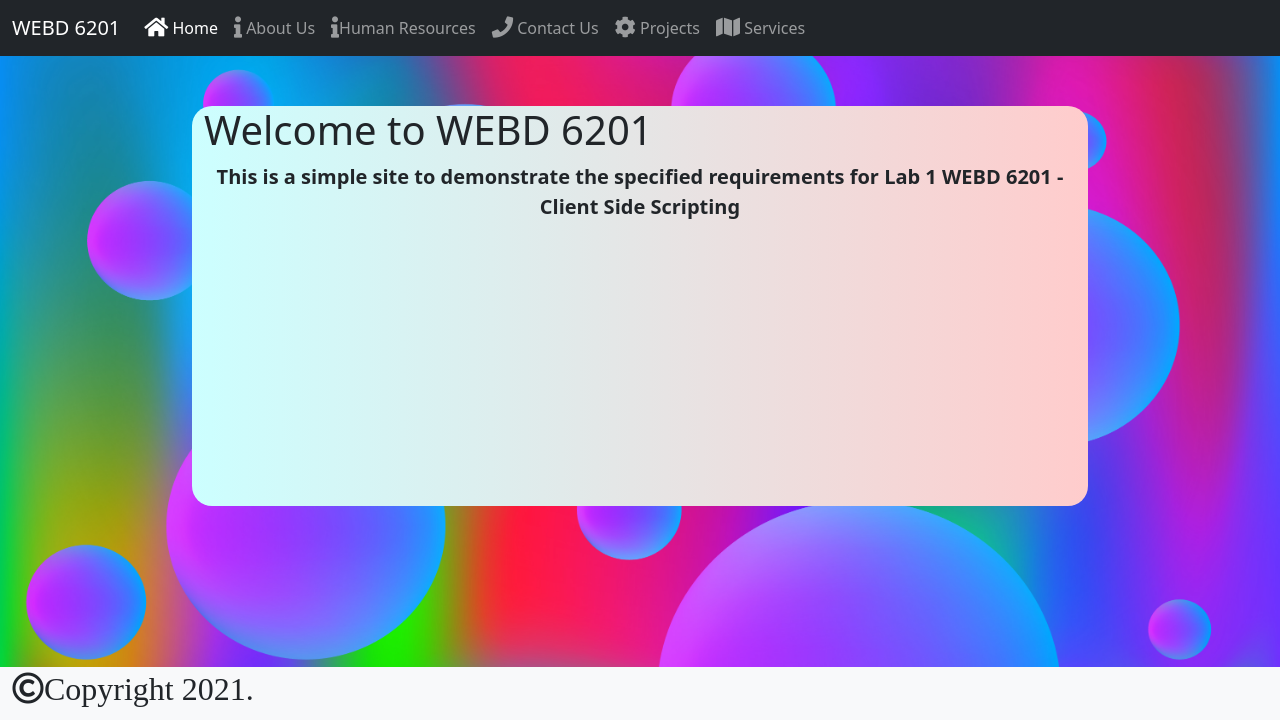
Repository: vans12345678/WEBD6201-W2021-Week3
Page: index.html
An editor plug-in stored every save of this project. The page is shown before and after the next save, followed by the edit.
The browser window is 1280 px wide. The pictures show the whole page.

Above is the page before, as saved 2021-01-28 19:46:17.
Console error: ReferenceError: mainContent is not defined

### index.html
<!DOCTYPE html>
<html lang="en">
<head>
    <meta charset="UTF-8">
    <meta name="viewport" content="width=device-width, initial-scale=1.0">
    <title>Index</title>

    <!-- CSS Section -->
    <link rel="stylesheet" href="./node_modules/bootstrap/dist/css/bootstrap.min.css">
    <link rel="stylesheet" href="./node_modules/@fortawesome/fontawesome-free/css/all.min.css">
    <link rel="stylesheet" href="./Content/app.css">
</head>
<body class ="Index">

  <!-- Main Header -->
    <header>
      <!-- Main Navigation -->
        <nav class="navbar navbar-expand-lg navbar-dark bg-dark">
            <div class="container-fluid">
              <a class="navbar-brand" href="index.html">WEBD 6201</a>
              <button class="navbar-toggler" type="button" data-bs-toggle="collapse" data-bs-target="#navbarSupportedContent" aria-controls="navbarSupportedContent" aria-expanded="false" aria-label="Toggle navigation">
                <span class="navbar-toggler-icon"></span>
              </button>
              <div class="collapse navbar-collapse" id="navbarSupportedContent">
                <ul class="navbar-nav me-auto mb-2 mb-lg-0">
                  <li class="nav-item">
                    <a class="nav-link active" aria-current="page" href="index.html"><i class="fas fa-home fa-lg"></i> Home</a>
                  </li>

                  <li class="nav-item">
                    <a class="nav-link" aria-current="page" href="about.html"><i class="fas fa-info fa-lg"></i> About Us</a>
                  </li>
                  <li class="nav-item">
                    <a class="nav-link" aria-current="page" href="human-resources.html"><i class="fas fa-info fa-lg"></i>Human Resources</a>
                  </li>
                  <li class="nav-item">
                    <a class="nav-link" aria-current="page" href="contact.html"><i class="fas fa-phone fa-lg"></i> Contact Us</a>
                  </li>
                  <li class="nav-item">
                    <a class="nav-link" aria-current="page" href="projects.html"><i class="fas fa-cog fa-lg"></i> Projects</a>
                  </li>

                  <li class="nav-item">
                    <a class="nav-link" aria-current="page" href="services.html"><i class="fas fa-map fa-lg"></i> Services</a>
                  </li>
                </ul>
              </div>
            </div>
          </nav>
    </header>
  <!-- Main Contents -->
    <main class="container">
        <h1>Welcome to WEBD 6201</h1>
        <p id="introParagraph"></p>
    </main>
    <!-- Main Footer -->
    <footer>
        <nav class="navbar fixed-bottom navbar-light bg-light">
            <div class="container-fluid">
                <h4><i class="far fa-copyright fa-lg">Copyright 2021.</i></h4>
            </div>
          </nav>
    </footer>
    <!-- Script Section -->
    <script src="./node_modules/jquery/dist/jquery.min.js"></script>
    <script src="./node_modules/bootstrap/dist/js/bootstrap.bundle.min.js"></script>
    <script src="./Scripts/app.js"></script>
</body>
</html>

### Content/app.css
/* custom css goes here */
body.Index {
    background-image: url('../images/vapor.jpg');
    background-repeat: no-repeat;
    background-attachment: fixed;
    background-size: 100% 100%;
  }
  .container{

    border-radius: 20px;
    width: 70%;
    height: 400px;
    margin: 50px auto;
    background: linear-gradient(90deg,#CCFFFF,#FFCCCC)
  }

### Scripts/app.js
/* Custom JavaScript goes here */

//IIFE - Immediately Invoked Function Expression
//AKA - Anonymous Self-Executing Function
//Closure - limits scope leak

"use strict";


(function(){

    function displayHome()
    {

        let introText = "This is a simple site to demonstrate the specified requirements for Lab 1 WEBD 6201 - Client Side Scripting";
        let introTextElement = document.getElementById("introParagraph");

        introTextElement.textContent = introText;
        introTextElement.className = "fs-5 fw-bold text-center";

        mainContent.innerHTML =
        `<h1 id = "firstHeading">Welcome to WEBD6201 - Lab 1</h1>
        <p id = "paragraphOne" class = "fs-3 fw-bold">This is my first paragraph</p>
        `;

    }
    function displayAbout()
    {

    }
    function displayProjects()
    {

    }
    function displayServices()
    {

    }
    function displayContact()
    {

        let messageArea = document.getElementById("messageArea");
        messageArea.hidden = true;

        //form validation
        let fullName = document.getElementById("fullName");
        fullName.addEventListener("blur", function()
        {
            if(fullName.value.length < 2)
            {
                fullName.focus();
                fullName.select();
                messageArea.hidden = false;
                messageArea.className = "alert alert-danger";
                messageArea.textContent = "Please enter an appropriate name > 2 characters";
            }
            else
            {
                messageArea.removeAttribute("class");
                messageArea.hidden = true;
            }
        });
            let sendButton = document.getElementById("sendButton");
            sendButton.addEventListener("click", function(event)
            {
                //event.preventDefault();
                // //Displays twice?

                let contact = new Contact(fullName.value,contactNumber.value, emailAddress.value);

                //console.log(contact.serialize());
                if(contact.serialize())
                {
                    localStorage.setItem((localStorage.length + 1).toString(),contact.serialize());
                }
            });
    }
    function displayContactList()
    {
        if(localStorage.length > 0)
        {
            let contactList = document.getElementById("contactList");
            let data = "";

            for (let index = 0; index < localStorage.length; index++)
            {
                let contactData = localStorage.getItem((index + 1).toString());
                let contact = new Contact();

                contact.deserialize(contactData);

                data += `<tr>
                <th scope="row">${index + 1}</th>
                <td>${contact.FullName}</td>
                <td>${contact.ContactNumber}</td>
                <td>${contact.EmailAddress}</td>
              </tr>`;
            }
            contactList.innerHTML = data;
        }

    }

    function Start()
    {
        console.log("App Started...");

        switch(document.title)
        {
            case "Index":
                displayHome();
                break;
            case "About":
                displayAbout();
                break;
            case "Projects":
                displayProjects();
                break;
            case "Services":
                displayServices();
                break;
            case "Contact Us":
                displayContact();
                break;
            case "Contact-List":
                displayContactList();
                break;
        }


    }

    window.addEventListener("load", Start);

})();

Loaded but not shown: node_modules/bootstrap/dist/css/bootstrap.min.css (library); node_modules/@fortawesome/fontawesome-free/css/all.min.css (library); node_modules/jquery/dist/jquery.min.js (library); node_modules/bootstrap/dist/js/bootstrap.bundle.min.js (library)

After the next save:
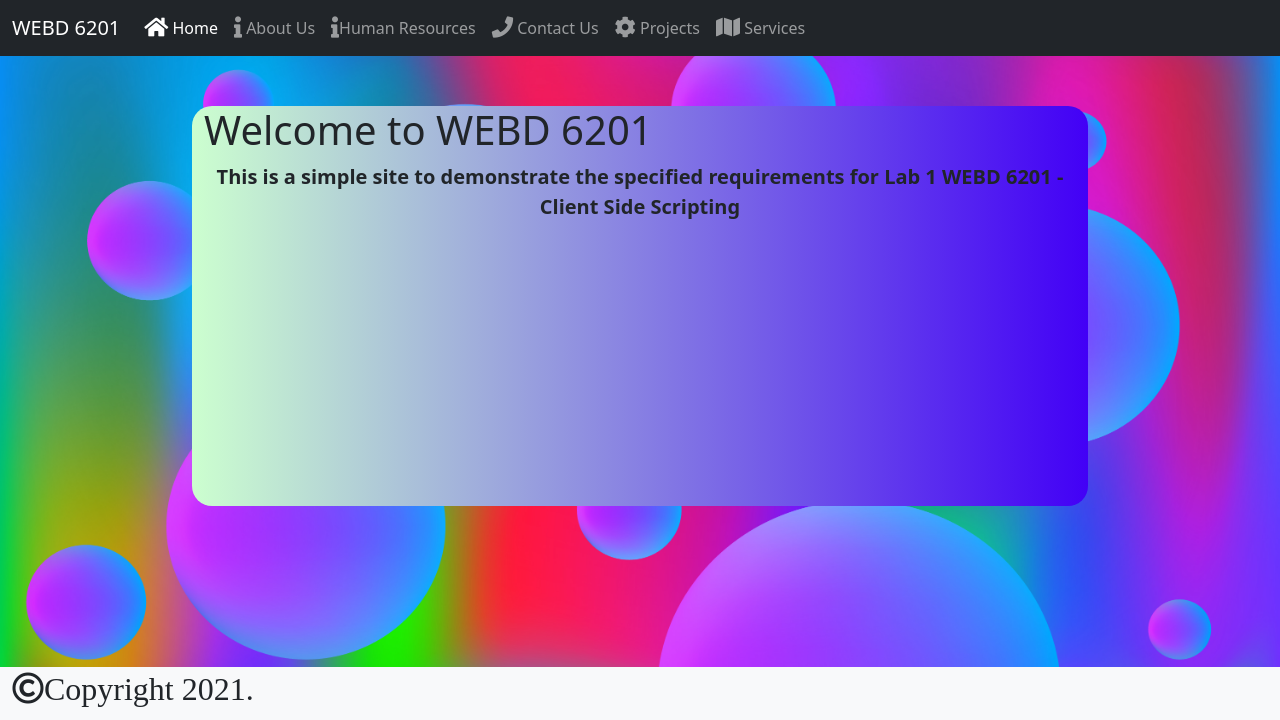
Saved 14 s later.
--- a/Content/app.css
+++ b/Content/app.css
@@ -11,5 +11,5 @@ body.Index {
     width: 70%;
     height: 400px;
     margin: 50px auto;
-    background: linear-gradient(90deg,#CCFFFF,#FFCCCC)
+    background: linear-gradient(90deg,#ccffcf,#4200f6)
   }
